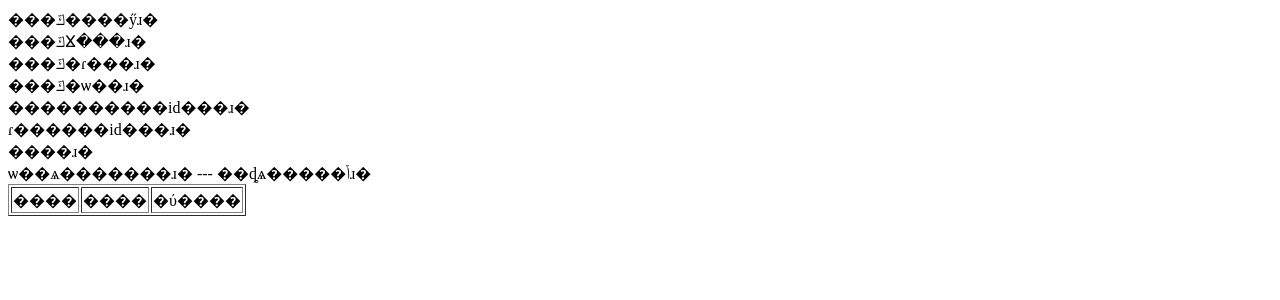
Repository: ZxxWs/P_M_learn
Page: http://localhost/
An editor plug-in stored every save of this project. The page is shown before and after the next save, followed by the edit.
The browser window is 1280 px wide. The pictures show the whole page.
The page is run by PHP 8.4 with error messages shown; the project is at /var/www/html/. Queries for data that is not in the repository find no rows.

Above is the page before, as saved 2019-03-13 09:59:35.

After the next save:
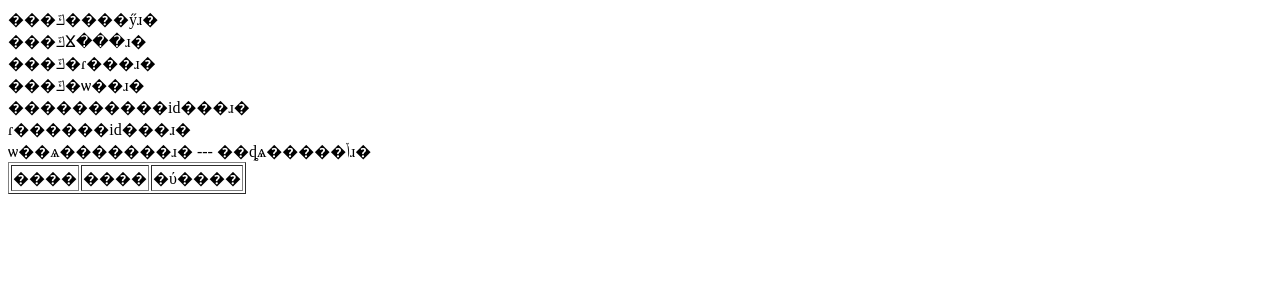
Saved 29 s later.
--- a/Mysql_learn/index.php
+++ b/Mysql_learn/index.php
@@ -71,9 +71,7 @@ echo "<br/>";
 
 //***********************
 // 设置编码，防止中文乱码
-$setname=mysqli_query($conn , "set names utf8");
-if($setname)
-    echo "编码成功<br/>";
+mysqli_query($conn , "set names utf8");
 //***********************
 //向表中插入数据————>students:name,num,class
 /*
